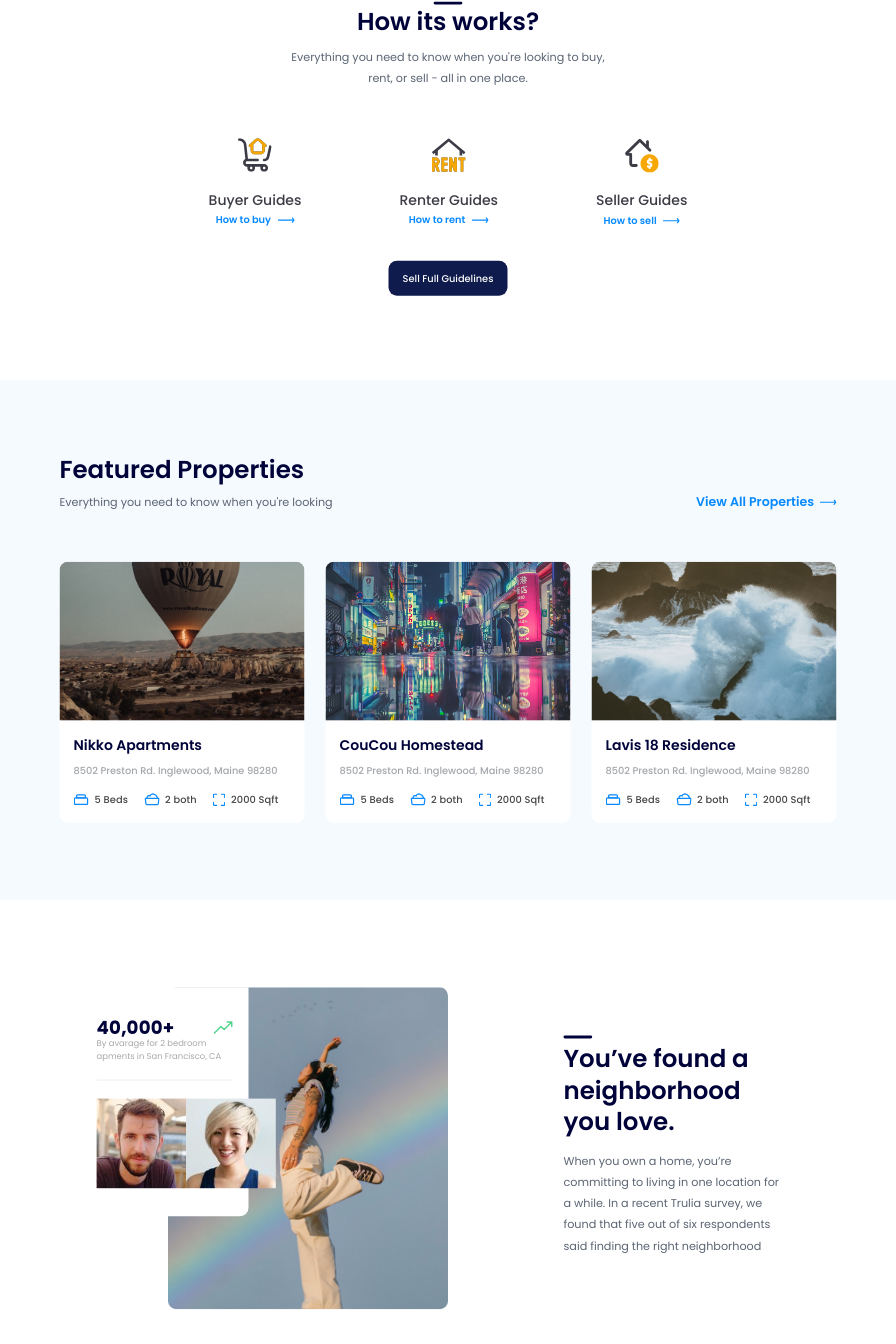
Repository: Tctiensk/f8-htmlcss-01
Page: index.html
These files come from the project's save history. The page is drawn as it stood at one moment and after the next save; the edit follows.
The browser window is 1280 px wide. The pictures show the part of the page from y = 1229 to 3149 px (the page is 3149 px tall), at 70% of full size.

Above is the page before, as saved 2022-12-11 14:09:57.

After the next save:
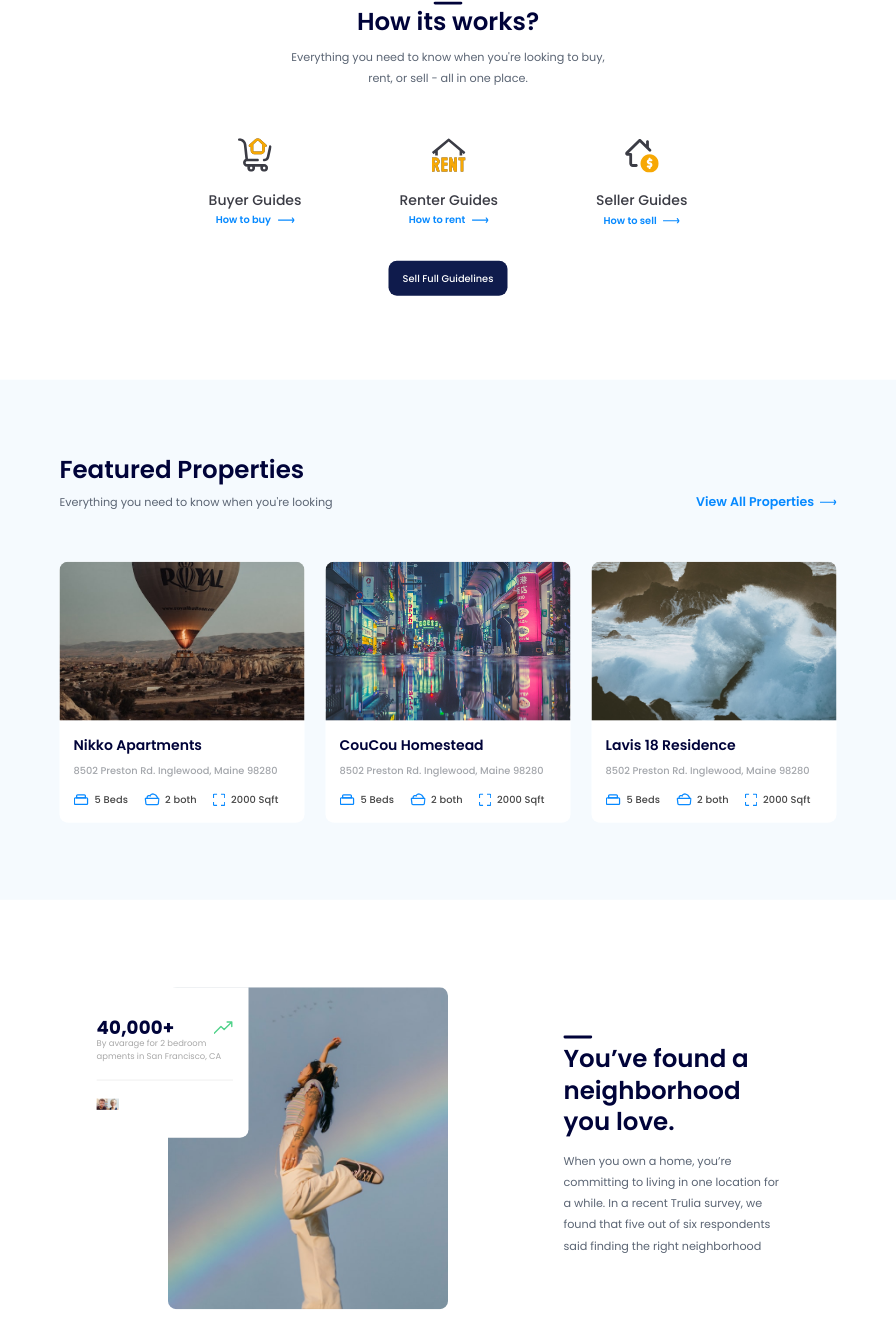
Saved 37 s later.
--- a/assets/css/style.css
+++ b/assets/css/style.css
@@ -355,6 +355,10 @@
 .stats .avatar-group {
     display: flex;
 }
+.stats .avatar {
+    width: 16px;
+    height: 16px;
+}
 .stats .img-block .image {
     display: block;
     margin-left: auto;
